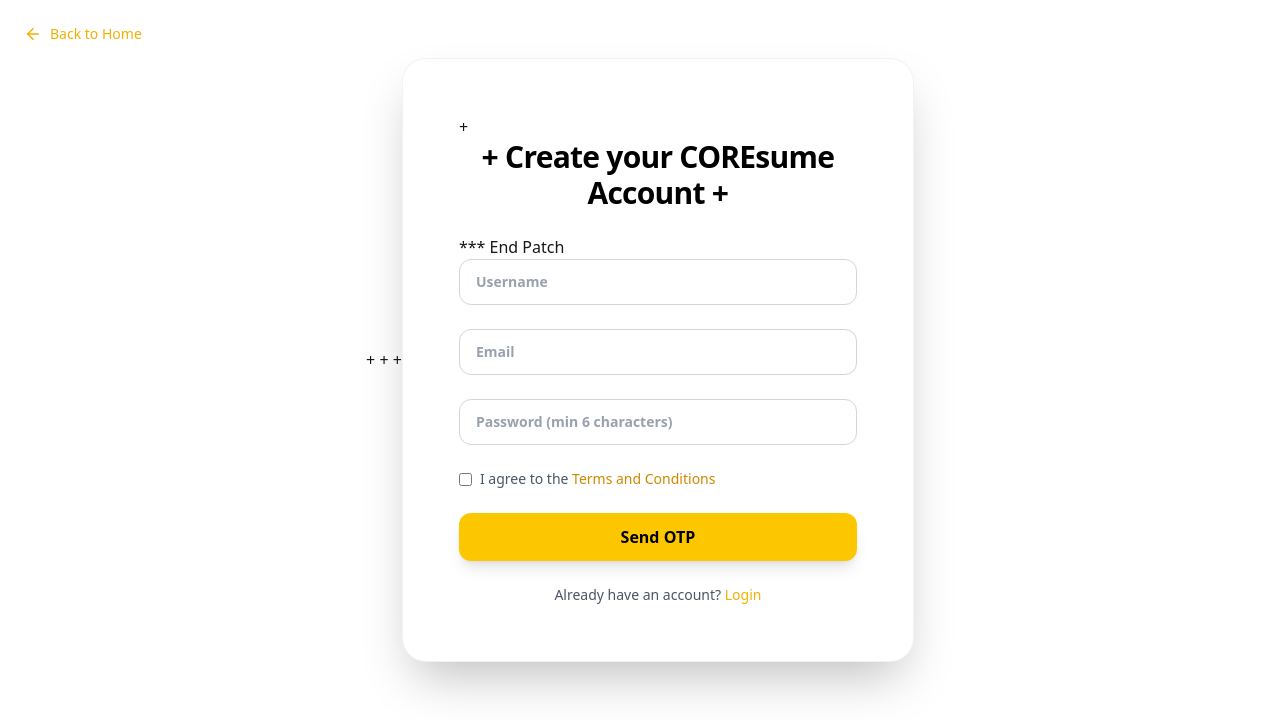
Repository: ChakraVaishnav/COREsume
Page: /signup
An editor plug-in stored every save of this project. The page is shown before and after the next save, followed by the edit.
The browser window is 1280 px wide. The pictures show the whole page.
The project was rebuilt for these pictures with package versions that can differ from the ones it lists, and the page was loaded fresh each time. The framework's server and built-in components were replaced by stand-ins that run in the browser. Also part of the build but not shown: next.config.js, next.config.mjs.

Above is the page before, as saved 2025-10-18 12:40:34.

### app/layout.js
import { Geist, Geist_Mono, Merriweather } from "next/font/google";
import "./globals.css";
import { Inter } from 'next/font/google';
import Head from "next/head";

const inter = Inter({ subsets: ['latin'] });
const merri = Merriweather({ subsets: ['latin'], weight: ['400','700'], display: 'swap', variable: '--font-merri' });
const geistSans = Geist({
  variable: "--font-geist-sans",
  subsets: ["latin"],
});

const geistMono = Geist_Mono({
  variable: "--font-geist-mono",
  subsets: ["latin"],
});

export const metadata = {
  title: "COREsume – Free Resume Builder, make ATS Friendly Resumes get hired in 2025",
  description:
    "Create stylish, professional resumes effortlessly with COREsume – the modern resume builder for students and professionals.",
  keywords: [
    "resume builder",
    "resume generator",
    "core resume",
    "modern resume",
    "free resume builder",
    "online CV",
    "ATS resume",
    "student resume",
    "professional resume",
    "download resume",
    "resume templates",
    "AI resume",
    "resume tips"
  ],
  icons: {
    icon: "/CoresumeLogo.png",
    shortcut: "/CoresumeLogo.png",
    apple: "/CoresumeLogo.png",
  },
  verification: {
    google: "jka4DRBGLCNJ_bMO3bCsvIu1JzP7aLQoiF_-cUn7-lE",
    other: {
      "msvalidate.01": "85023E8EB0DCAE5FAB481C687E63C677",
    },
  },
  openGraph: {
    title: "COREsume – Build Stylish Resumes",
    description: "Build and download beautiful resumes in minutes using COREsume!",
    url: "https://coresume.vercel.app",
    siteName: "COREsume",
    images: [
      {
        url: "https://coresume.vercel.app/CoresumeLogo.png",
        width: 800,
        height: 800,
        alt: "COREsume Logo",
      },
    ],
    locale: "en_US",
    type: "website",
  },
  twitter: {
    card: "summary_large_image",
    title: "COREsume – Build Stylish Resumes",
    description: "Create stylish, professional resumes effortlessly with COREsume.",
    images: ["https://coresume.vercel.app/CoresumeLogo.png"],
  },
};

export default function RootLayout({ children }) {
  return (
    <html lang="en">
      <Head>
        <meta name="viewport" content="width=device-width, initial-scale=1" />
        <meta name="robots" content="index, follow" />
        <meta name="author" content="COREsume Team" />
        <meta name="theme-color" content="#FFD600" />
        <link rel="canonical" href="https://coresume.vercel.app/" />
        {/* Merriweather loaded via next/font for consistent loading across app */}
        {/* Social meta tags for sharing */}
        <meta property="og:type" content="website" />
        <meta property="og:title" content={metadata.openGraph.title} />
        <meta property="og:description" content={metadata.openGraph.description} />
        <meta property="og:url" content={metadata.openGraph.url} />
        <meta property="og:image" content={metadata.openGraph.images[0].url} />
        <meta name="twitter:card" content={metadata.twitter.card} />
        <meta name="twitter:title" content={metadata.twitter.title} />
        <meta name="twitter:description" content={metadata.twitter.description} />
        <meta name="twitter:image" content={metadata.twitter.images[0]} />
      </Head>
      <body
        className={`${geistSans.variable} ${geistMono.variable} antialiased`}
        suppressHydrationWarning
      >
        {children}
      </body>
    </html>
  );
}

### app/signup/page.jsx
"use client";

import { useState, useEffect } from "react";
import Link from "next/link";
import { useRouter } from "next/navigation";
import { FiArrowLeft } from "react-icons/fi";

export default function SignUp() {
  const [form, setForm] = useState({
    username: "",
    email: "",
    password: "",
    otp: "",
  });

  const [step, setStep] = useState(1);
  const [loading, setLoading] = useState(false);
  const [message, setMessage] = useState(null);
  const [error, setError] = useState(null);
  const [agreed, setAgreed] = useState(false);
  const [resendCooldown, setResendCooldown] = useState(0);

  const router = useRouter();

  useEffect(() => {
    if (resendCooldown > 0) {
      const interval = setInterval(() => {
        setResendCooldown((prev) => prev - 1);
      }, 1000);
      return () => clearInterval(interval);
    }
  }, [resendCooldown]);

  const handleChange = (e) =>
    setForm((f) => ({ ...f, [e.target.name]: e.target.value }));

  const sendOtp = async (e) => {
    e.preventDefault();
    setError(null);
    setMessage(null);

    if (!form.email) return setError("Please enter a valid email");
    if (!agreed) return setError("You must agree to the Terms and Conditions");

    setLoading(true);
    try {
      const res = await fetch("/api/auth/send-otp", {
        method: "POST",
        headers: { "Content-Type": "application/json" },
        body: JSON.stringify({ email: form.email }),
      });

      const data = await res.json();
      if (!res.ok) throw new Error(data.error || "Failed to send OTP");

      setMessage("OTP sent to your email!");
      setStep(2);
      setResendCooldown(30); // Start cooldown on first OTP too
    } catch (err) {
      setError(err.message);
    } finally {
      setLoading(false);
    }
  };

  const resendOtp = async () => {
    if (resendCooldown > 0) return;

    setError(null);
    setMessage(null);
    setLoading(true);

    try {
      const res = await fetch("/api/auth/send-otp", {
        method: "POST",
        headers: { "Content-Type": "application/json" },
        body: JSON.stringify({ email: form.email, forceResend: true }),
      });

      const data = await res.json();
      if (!res.ok) throw new Error(data.error || "Failed to resend OTP");

      setMessage("OTP resent to your email!");
      setResendCooldown(30); // Reset cooldown
    } catch (err) {
      setError(err.message);
    } finally {
      setLoading(false);
    }
  };

  const verifyOtp = async (e) => {
    e.preventDefault();
    setError(null);
    setMessage(null);

    if (!form.otp) return setError("Please enter the OTP");

    setLoading(true);
    try {
      const res = await fetch("/api/auth/verify-otp", {
        method: "POST",
        headers: { "Content-Type": "application/json" },
        body: JSON.stringify(form),
      });

      const data = await res.json();
      if (!res.ok) throw new Error(data.error || "Verification failed");

      router.push("/dashboard");
    } catch (err) {
      setError(err.message);
    } finally {
      setLoading(false);
    }
  };

  return (
    <main className="min-h-screen flex items-center justify-center px-4 bg-white">
      <div className="absolute top-6 left-6">
        <Link
          href="/"
          className="flex items-center gap-2 text-yellow-500 hover:text-yellow-600 font-medium text-sm transition"
        >
          <FiArrowLeft size={18} /> Back to Home
        </Link>
      </div>
+
+
+      <div className="w-full max-w-lg bg-white rounded-3xl shadow-2xl p-10 sm:p-14 border border-black/5">
+        <h1 className="text-3xl font-bold text-center text-black mb-6 tracking-tight select-none">
+          Create your COREsume Account
+        </h1>
*** End Patch

        {step === 1 && (
          <form onSubmit={sendOtp} className="space-y-6">
            <FancyInput
              name="username"
              placeholder="Username"
              value={form.username}
              onChange={handleChange}
              required
            />
            <FancyInput
              name="email"
              type="email"
              placeholder="Email"
              value={form.email}
              onChange={handleChange}
              required
            />
            <FancyInput
              name="password"
              type="password"
              placeholder="Password (min 6 characters)"
              value={form.password}
              onChange={handleChange}
              minLength={6}
              required
            />

            <div className="flex items-start gap-2 text-sm text-gray-600">
              <input
                type="checkbox"
                id="terms"
                checked={agreed}
                onChange={() => setAgreed(!agreed)}
                className="mt-1"
              />
              <label htmlFor="terms">
                I agree to the{" "}
                <Link
                  href="/terms"
                  className="text-yellow-600 hover:underline font-medium"
                  target="_blank"
                >
                  Terms and Conditions
                </Link>
              </label>
            </div>

            <SubmitButton loading={loading} text="Send OTP" />
          </form>
        )}

        {step === 2 && (
          <form onSubmit={verifyOtp} className="space-y-6">
            <div className="text-center mb-4">
              <h2 className="text-lg font-semibold text-gray-700">
                Verify Your Email
              </h2>
              <p className="text-sm text-gray-500 mt-1">
                Enter the 6-digit OTP sent to{" "}
                <span className="font-medium text-yellow-600">
                  {form.email}
                </span>
              </p>
            </div>

            <div className="flex justify-center">
              <input
                name="otp"
                value={form.otp}
                onChange={handleChange}
                placeholder="Enter OTP"
                pattern="\d{6}"
                maxLength={6}
                required
                className="w-2/3 sm:w-1/2 px-6 py-3 text-lg tracking-widest text-center rounded-xl border border-gray-300 focus:outline-none focus:ring-2 focus:ring-yellow-400 transition placeholder:text-gray-400 text-gray-900 font-bold shadow-sm"
              />
            </div>

            <SubmitButton loading={loading} text="Verify & Sign Up" />

            <div className="text-center mt-2">
              <button
                type="button"
                onClick={resendOtp}
                disabled={loading || resendCooldown > 0}
                className="w-full bg-yellow-400 hover:bg-yellow-500 text-black font-semibold py-3 rounded-xl transition shadow-lg disabled:opacity-60"
              >
                {resendCooldown > 0
                  ? `Resend in ${resendCooldown}s`
                  : "Resend OTP"}
              </button>
            </div>
          </form>
        )}

        {error && (
          <p className="mt-5 text-red-600 font-medium text-center">{error}</p>
        )}
        {message && (
          <p className="mt-5 text-green-600 font-medium text-center">
            {message}
          </p>
        )}

        <p className="text-center text-gray-600 text-sm mt-6">
          Already have an account?{" "}
          <Link href="/login" className="text-yellow-500 hover:underline">
            Login
          </Link>
        </p>
      </div>
    </main>
  );
}

function FancyInput({
  type = "text",
  name,
  value,
  onChange,
  placeholder,
  ...props
}) {
  return (
    <input
      type={type}
      name={name}
      value={value}
      onChange={onChange}
      placeholder={placeholder}
      className={`w-full px-4 py-3 text-sm rounded-xl border border-gray-300 focus:outline-none focus:ring-2 focus:ring-yellow-400 transition placeholder:text-gray-400 text-gray-900 font-semibold ${props.className || ""}`}
      {...props}
    />
  );
}

function SubmitButton({ loading, text }) {
  return (
    <button
      type="submit"
      disabled={loading}
      className="w-full bg-yellow-400 hover:bg-yellow-500 text-black font-semibold py-3 rounded-xl transition shadow-lg disabled:opacity-60 disabled:cursor-not-allowed"
    >
      {loading ? <span className="animate-pulse">Please wait...</span> : text}
    </button>
  );
}

### app/globals.css
@tailwind base;
@tailwind components;
@tailwind utilities;

@import "tailwindcss";

:root {
  --background: #ffffff; /* White background */
  --foreground: #171717; /* Black foreground */
  --primary-yellow: #facc15; /* A shade of yellow for accents */
  --muted-gray: #6b7280; /* for secondary text */
  --nav-bg: #0b0b0b; /* dark black for navbar/footer */
  --card-bg: #ffffff; /* cards remain white */
}

@theme inline {
  --color-background: var(--background);
  --color-foreground: var(--foreground);
  --font-sans: var(--font-geist-sans);
  --font-mono: var(--font-geist-mono);
}

/* Removed dark mode styles to ensure consistent white background */
/* @media (prefers-color-scheme: dark) {
  :root {
    --background: #0a0a0a;
    --foreground: #ededed;
  }
} */

body {
  background: var(--background);
  color: var(--foreground);
  font-family: var(--font-sans), system-ui, -apple-system, BlinkMacSystemFont, 'Segoe UI', Roboto, 'Helvetica Neue', Arial, sans-serif;
  -webkit-font-smoothing: antialiased;
  -moz-osx-font-smoothing: grayscale;
}

/* Site-wide utility tokens (visual only) */
.site-btn {
  background: var(--primary-yellow);
  color: #000000;
  padding: 0.5rem 1rem;
  border-radius: 0.375rem;
  font-weight: 600;
}

.site-btn:hover {
  background: #e6b60f; /* slightly darker yellow */
}

.site-btn-outline {
  background: transparent;
  color: var(--primary-yellow);
  padding: 0.45rem 0.9rem;
  border-radius: 0.375rem;
  border: 2px solid var(--primary-yellow);
  font-weight: 600;
}

.site-chip {
  background: var(--primary-yellow);
  color: #000;
  padding: 0.25rem 0.5rem;
  border-radius: 9999px;
  font-size: 0.75rem;
  font-weight: 700;
}

/* Navbar & Footer visuals (purely visual) */
.site-nav {
  background: var(--nav-bg);
  color: #ffffff;
}
.site-nav a { color: #ffffff; }
.site-nav .accent { color: var(--primary-yellow); }
.site-footer {
  background: var(--nav-bg);
  color: #ffffff;
}
.site-footer a { color: var(--primary-yellow); }
.site-muted { color: var(--muted-gray); }

/* Adjusted styles to ensure black text and yellow accents without excessive !important */
/* Targeting common elements */
body, div, p, span, h1, h2, h3, h4, h5, h6 {
  color: var(--foreground); /* Ensure text is black */
}

a {
  color: var(--primary-yellow); /* Use yellow for links */
}

/* Relying on Tailwind classes for button styles where possible */
/* Removed explicit background-color and color with !important */
/* button {
  background-color: var(--primary-yellow) !important;
  color: var(--foreground) !important;
} */

button:hover {
  cursor: pointer;
}

/* Form Styles */
input, textarea, select {
  font-family: var(--font-sans), system-ui, -apple-system, BlinkMacSystemFont, 'Segoe UI', Roboto, 'Helvetica Neue', Arial, sans-serif;
  -webkit-font-smoothing: antialiased;
  -moz-osx-font-smoothing: grayscale;
  color: var(--foreground); /* Ensure form input text is black */
}

/* Typography */
h1, h2, h3, h4, h5, h6 {
  font-family: var(--font-sans), system-ui, -apple-system, BlinkMacSystemFont, 'Segoe UI', Roboto, 'Helvetica Neue', Arial, sans-serif;
  -webkit-font-smoothing: antialiased;
  -moz-osx-font-smoothing: grayscale;
  font-weight: 600;
  color: var(--foreground); /* Ensure headings are black */
}

/* Resume Template Styles */
.resume-content {
  font-family: var(--font-sans), system-ui, -apple-system, BlinkMacSystemFont, 'Segoe UI', Roboto, 'Helvetica Neue', Arial, sans-serif;
  -webkit-font-smoothing: antialiased;
  -moz-osx-font-smoothing: grayscale;
}

/* Styles for PDF export via Puppeteer */
.pdf-export {
  border: none !important;
  border-radius: 0 !important;
  box-shadow: none !important;
  padding: 0 !important;
  margin: 0 !important;
  top: 0;
  bottom: 0;
}

/* Add more specific rules if needed to remove borders/shadows from inner elements */
.pdf-export * {
    box-shadow: none !important;
    border-radius: 0 !important;
}

/* Override specific classes used in templates for web rendering when exporting PDF */
.pdf-export .min-h-screen {
    min-height: auto !important;
}

.pdf-export .bg-gray-100 {
    background-color: transparent !important; /* Ensure background is white/transparent */
}

.pdf-export .py-8 {
    padding-top: 0 !important;
    padding-bottom: 0 !important;
}

/* Potential adjustments for A4 fit - might need fine-tuning based on template structure */
.pdf-export .resume-content {
    padding: 0.5in;
}

/* Adjust spacing within .pdf-export for Minimalist template */
.pdf-export .space-y-6 > *:not([hidden]) ~ *:not([hidden]) {
    --tw-space-y-reverse: 0;
    margin-top: calc(0.5rem * calc(1 - var(--tw-space-y-reverse))) !important; /* Reduced from space-y-6 (1.5rem) */
    margin-bottom: calc(0.5rem * var(--tw-space-y-reverse)) !important; /* Reduced from space-y-6 (1.5rem) */
}

.pdf-export .mb-2 {
    margin-bottom: 0.25rem !important; /* Reduced from mb-2 (0.5rem) */
}

After the next save:
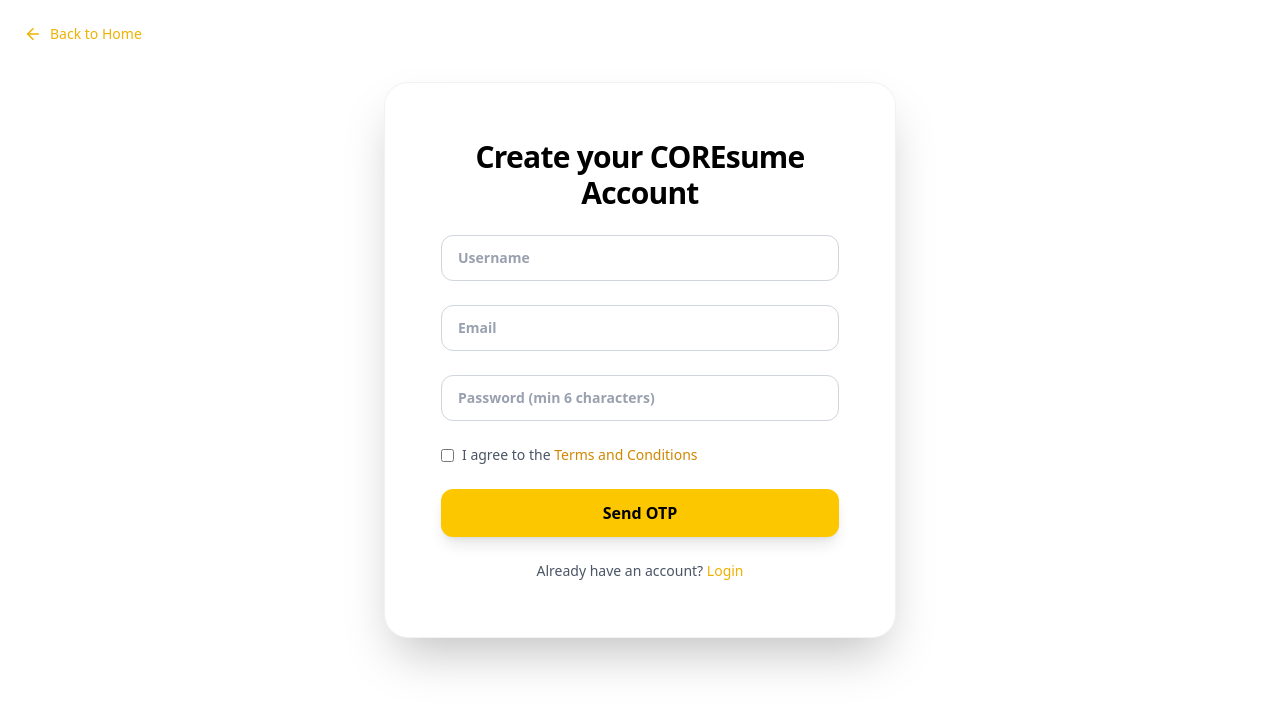
Saved 2 days later.
--- a/app/signup/page.jsx
+++ b/app/signup/page.jsx
@@ -125,14 +125,10 @@
           <FiArrowLeft size={18} /> Back to Home
         </Link>
       </div>
-+
-+
-+      <div className="w-full max-w-lg bg-white rounded-3xl shadow-2xl p-10 sm:p-14 border border-black/5">
-+        <h1 className="text-3xl font-bold text-center text-black mb-6 tracking-tight select-none">
-+          Create your COREsume Account
-+        </h1>
-*** End Patch
-
+      <div className="w-full max-w-lg bg-white rounded-3xl shadow-2xl p-10 sm:p-14 border border-black/5">
+        <h1 className="text-3xl font-bold text-center text-black mb-6 tracking-tight select-none">
+          Create your COREsume Account
+      </h1>
         {step === 1 && (
           <form onSubmit={sendOtp} className="space-y-6">
             <FancyInput
